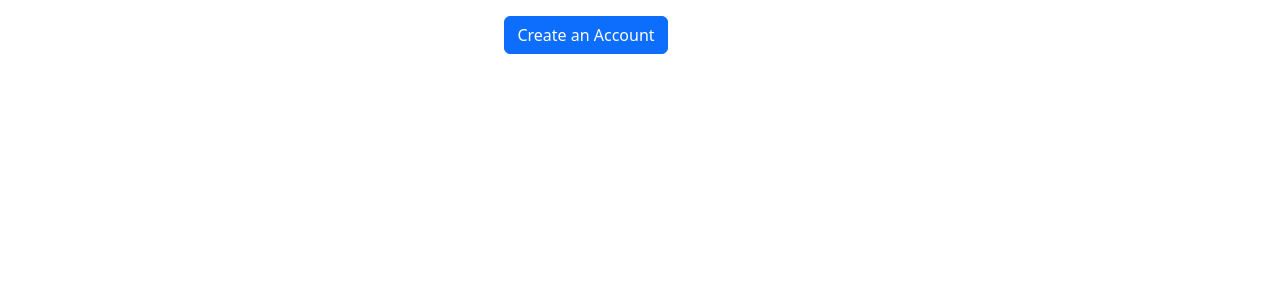
Repository: Ndifoinhilary/django_referrals_system
Page: http://localhost/
The author's editor kept a copy of each file at every save. The page is drawn from the files as they stood at one save, then again after the next save.
The browser window is 1280 px wide. The pictures show the whole page.
The page is served by the project's application, run on Django 3.2 (manage.py). Other server files are loaded and not shown. Queries for data that is not in the repository find no rows.

Above is the page before, as saved 2024-01-09 23:52:57.

### referrals/templates/main.html
{% extends "base.html" %}



{% block content %}
<div class="container text-center m-3">
    {% if request.user.is_authenticated %}
    {{user.username}}
    {% else %}
    <a href="{% url 'signup'  %}">
        <button class="btn btn-primary mx=2"> Create an Account</button>
    </a>
  {% endif %}
</div>
{% endblock content %}

### referrals/templates/base.html
<!DOCTYPE html>
<html lang="en">
<head>
    <meta charset="UTF-8">
    <meta name="viewport" content="width=device-width, initial-scale=1.0">
    <title>Referrals System</title>
    <link href="https://cdn.jsdelivr.net/npm/bootstrap@5.3.2/dist/css/bootstrap.min.css" rel="stylesheet" integrity="sha384-T3c6CoIi6uLrA9TneNEoa7RxnatzjcDSCmG1MXxSR1GAsXEV/Dwwykc2MPK8M2HN" crossorigin="anonymous">

</head>
<body>


    {% block content %}

    {% endblock content %}

    <script src="https://cdn.jsdelivr.net/npm/bootstrap@5.3.2/dist/js/bootstrap.bundle.min.js" integrity="sha384-C6RzsynM9kWDrMNeT87bh95OGNyZPhcTNXj1NW7RuBCsyN/o0jlpcV8Qyq46cDfL" crossorigin="anonymous"></script>
</body>
</html>

### referrals/views.py
from django.shortcuts import render, redirect
from referrals.models import Profile
from django.contrib.auth.forms import UserCreationForm
from django.contrib.auth.models import User
from django.contrib.auth import login, authenticate

# Create your views here.


def signup_view(request):
    profile_id = request.session.get("ref_profile")
    print("profile_id", profile_id)
    form = UserCreationForm(request.POST or None)
    if form.is_valid():
        if profile_id is not None:
            recommeneded_by_profile = Profile.objects.get(id=profile_id)

            instance = form.save()

            registered_user = User.objects.get(id=instance.id)
            registered_profile = Profile.objects.get(user=registered_user)
            registered_profile.recommended_by = recommeneded_by_profile

            registered_profile.save()
        else:
            form.save()

        username = form.cleaned_data.get("username")
        password = form.cleaned_data.get("password1")

        user = authenticate(request, username=username, password=password)

        login(request, user)
        return redirect("main")

    return render(request, "signup.html", {"form": form})


def main_view(request, *args, **kwargs):
    code = kwargs.get("ref_code")
    try:
        profile = Profile.objects.get(code=code)
        # store the profile id in the sessions variable ref_profile
        request.session["ref_profile"] = profile.id

    except:
        pass
    return render(request, "main.html")

### config/urls.py
"""config URL Configuration

The `urlpatterns` list routes URLs to views. For more information please see:
    https://docs.djangoproject.com/en/3.2/topics/http/urls/
Examples:
Function views
    1. Add an import:  from my_app import views
    2. Add a URL to urlpatterns:  path('', views.home, name='home')
Class-based views
    1. Add an import:  from other_app.views import Home
    2. Add a URL to urlpatterns:  path('', Home.as_view(), name='home')
Including another URLconf
    1. Import the include() function: from django.urls import include, path
    2. Add a URL to urlpatterns:  path('blog/', include('blog.urls'))
"""
from django.contrib import admin
from django.urls import path,include

urlpatterns = [
    path('admin/', admin.site.urls),
    path('', include('referrals.urls'))
]

### referrals/urls.py
from django.urls import path

from . import views


urlpatterns = [
    path("", views.main_view, name="main"),
    path("signup/", views.signup_view, name="signup"),
    path("<str:ref_code>/", views.main_view, name="main"),
]

After the next save:
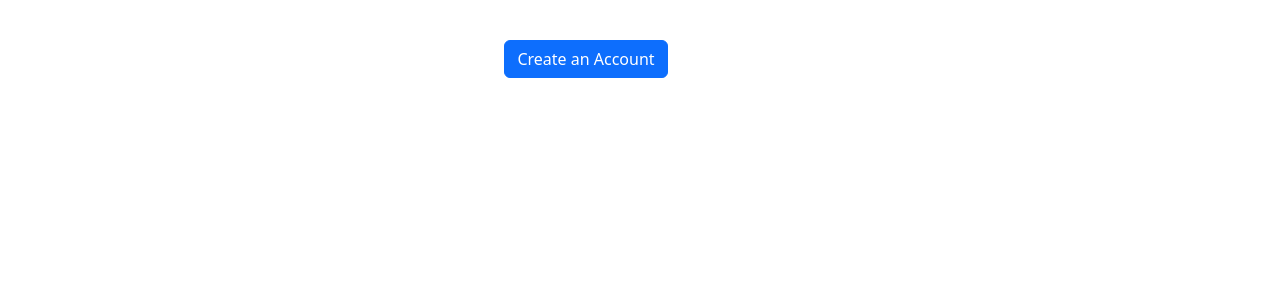
Saved 16 s later.
--- a/referrals/templates/main.html
+++ b/referrals/templates/main.html
@@ -3,7 +3,7 @@
 
 
 {% block content %}
-<div class="container text-center m-3">
+<div class="container text-center m-3 p-4">
     {% if request.user.is_authenticated %}
     {{user.username}}
     {% else %}
